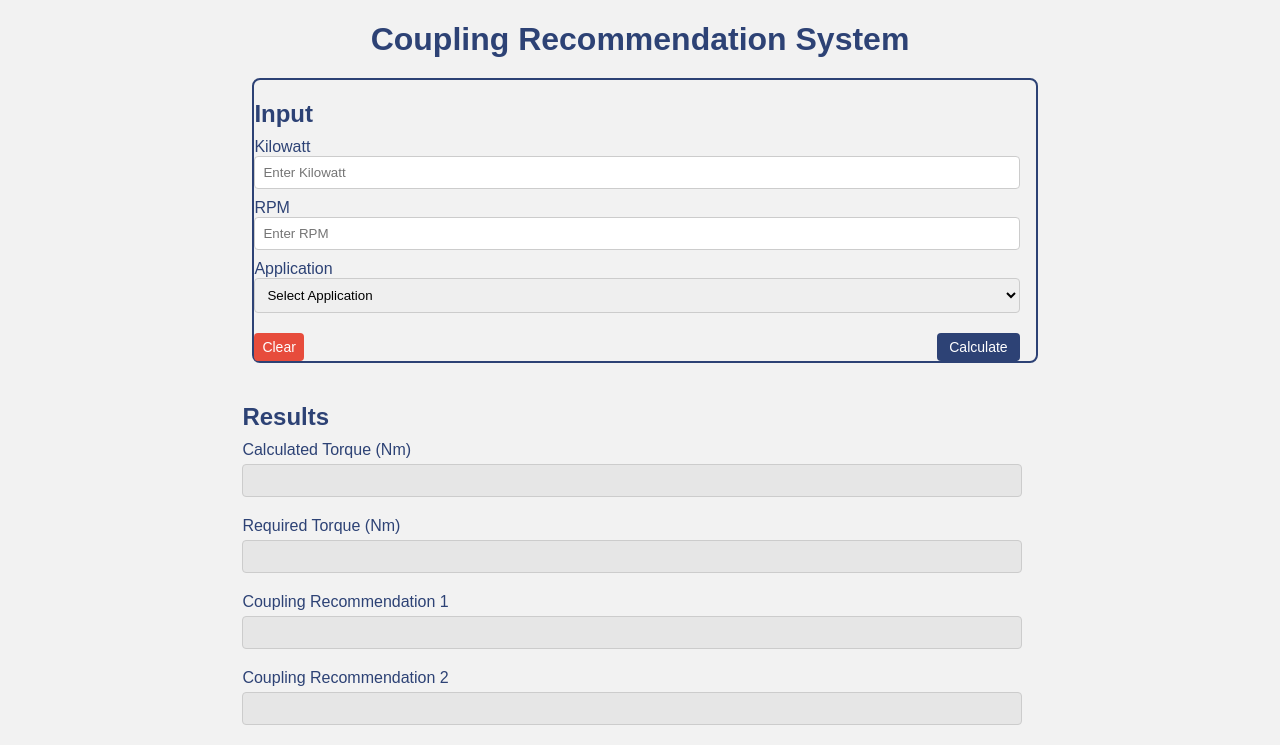
Repository: JustinSadie/calculator
Page: newIndex.html
An editor plug-in stored every save of this project. The page is shown before and after the next save, followed by the edit.
The browser window is 1280 px wide. The pictures show the whole page.

Above is the page before, as saved 2024-08-25 17:27:57.

After the next save:
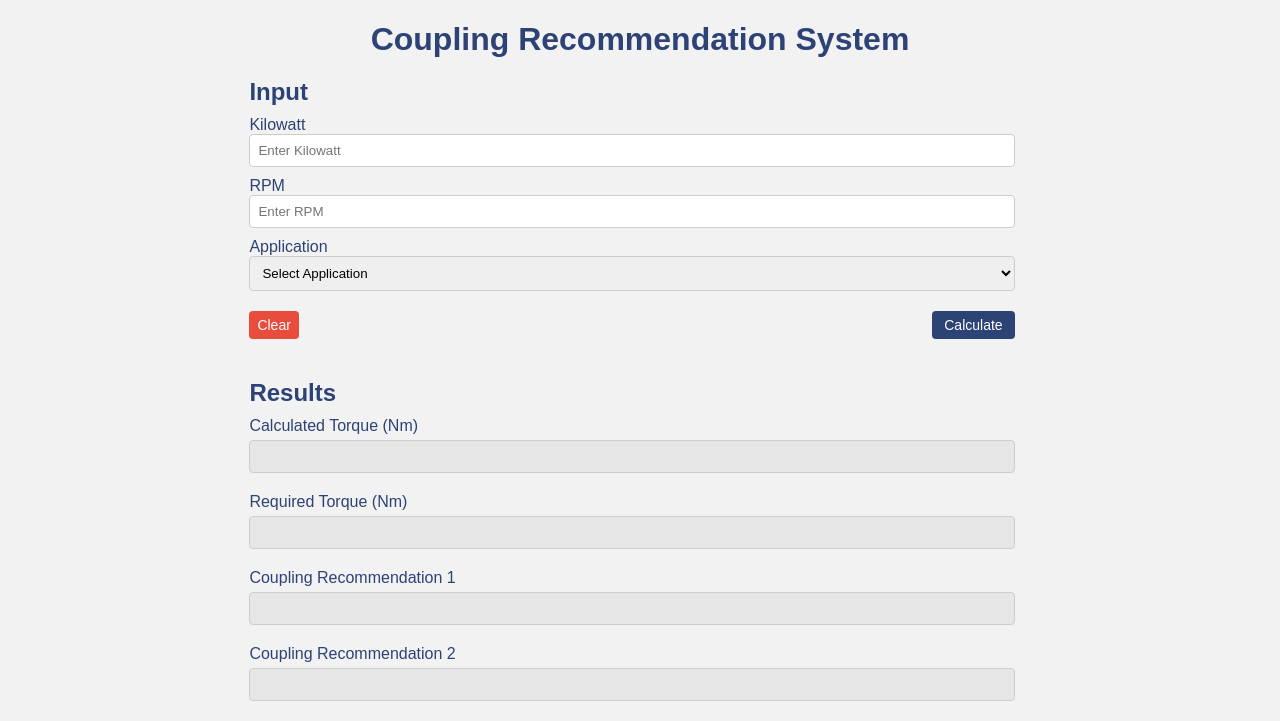
Saved 94 s later.
--- a/newCSS.css
+++ b/newCSS.css
@@ -29,12 +29,8 @@ h1 {
 /* Input section styling */
 .input-section {
   margin-bottom: 20px;
-  margin-left: 10px;
+  margin-block-start: 10px;
 
-
-  border: 2px solid #2d4275;
-  border-radius: 8px;
-  box-sizing: border-box;
 }
 
 .input-section h2 {
